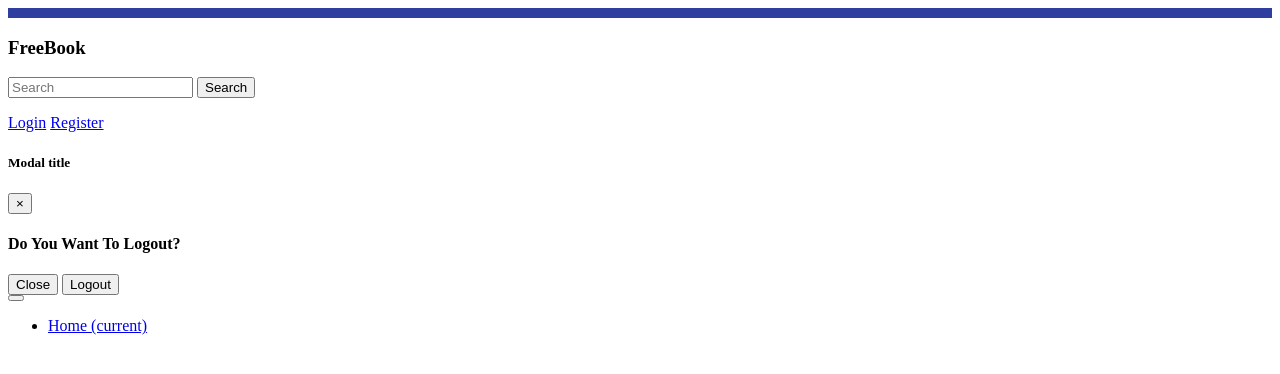
Repository: theprakharkhare/FreeBook
Page: http://localhost/Ebook-App/admin/navbar.jsp
These files come from the project's save history. The page is drawn as it stood at one moment and after the next save; the edit follows.
The browser window is 1280 px wide. The pictures show the whole page.
The page is served by Tomcat 9.

Above is the page before, as saved 2024-03-28 19:08:38.

After the next save:
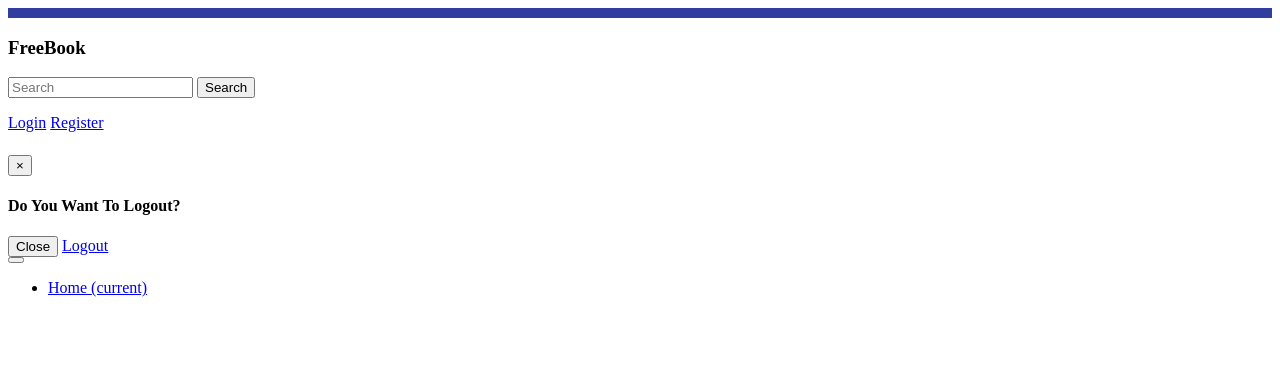
Saved 3 min 23 s later.
--- a/Ebook-App/src/main/webapp/admin/navbar.jsp
+++ b/Ebook-App/src/main/webapp/admin/navbar.jsp
@@ -51,7 +51,7 @@
 	<div class="modal-dialog modal-dialog-centered" role="document">
 		<div class="modal-content">
 			<div class="modal-header">
-				<h5 class="modal-title" id="exampleModalLongTitle">Modal title</h5>
+				<h5 class="modal-title" id="exampleModalLongTitle"></h5>
 				<button type="button" class="close" data-dismiss="modal"
 					aria-label="Close">
 					<span aria-hidden="true">&times;</span>
@@ -61,7 +61,7 @@
 				<div class="text-center">
 				<h4>Do You Want To Logout?</h4>
 				<button type="button" class="btn btn-secondary" data-dismiss="modal">Close</button>
-				<button type="button" class="btn btn-primary">Logout</button>
+				<a href="../Logout" type="button" class="btn btn-primary text-white">Logout</button>
 				</div>
 			</div>
 			<div class="modal-footer"></div>
